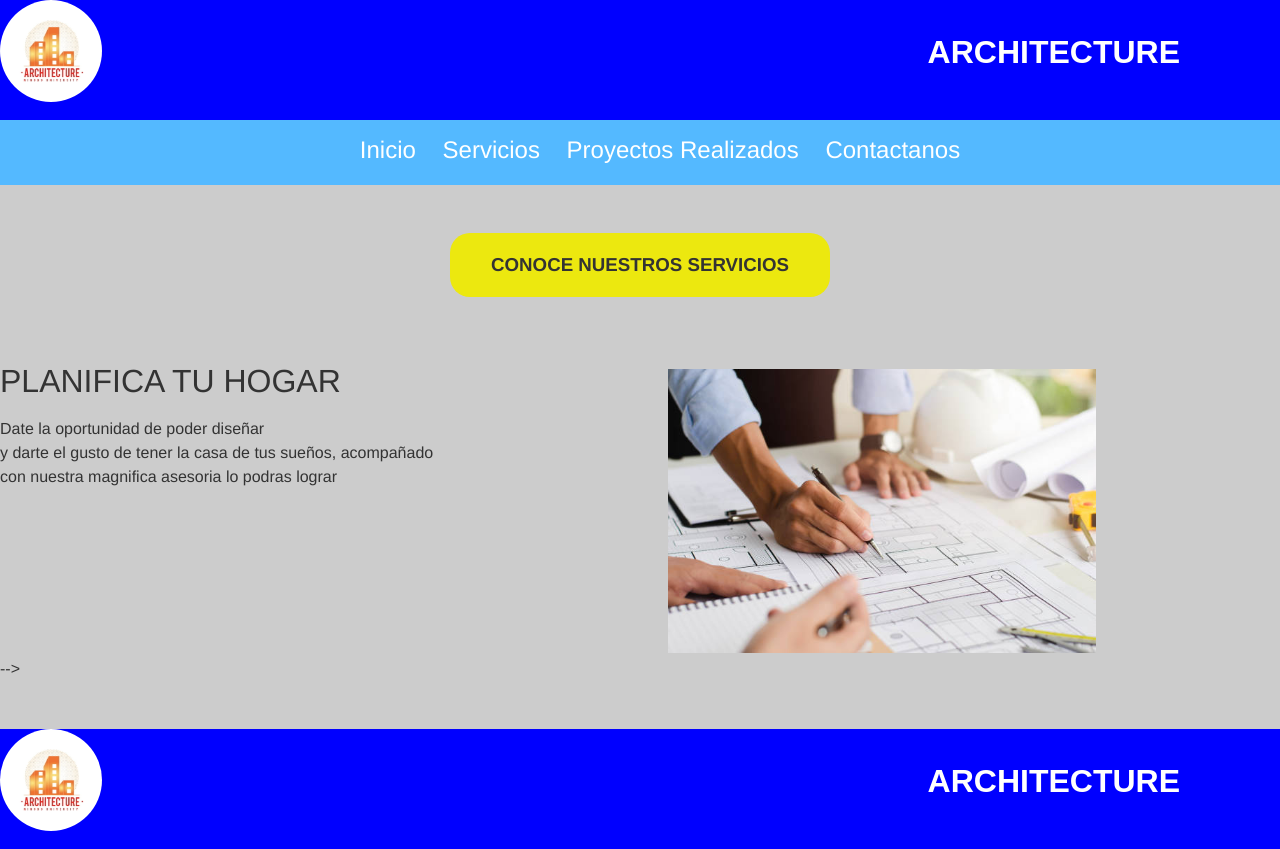
Repository: gabrielestrella18/htdocs
Page: http://localhost/arquitectos/servicios.php
An editor plug-in stored every save of this project. The page is shown before and after the next save, followed by the edit.
The browser window is 1280 px wide. The pictures show the whole page.
The page is run by PHP 8.4 with error messages shown; the project is at /var/www/html/.

Above is the page before, as saved 2023-12-07 17:14:21.

### arquitectos/servicios.php
<!DOCTYPE html>
<html lang="en">
  <head>
    <title></title>
    <meta charset="UTF-8">
    <meta name="viewport" content="width=device-width, initial-scale=1">
    <link href="estilo.css" rel="stylesheet">
  </head>
  <body>

<div class="azul">
  <img  class="lg"src="imagenes/arch.jpg" alt="">

  <h1>ARCHITECTURE</h1>
</div>

<div class="menu">
<div class="menuOpciones">
            <a href="index.php" target="_blank">Inicio</a>
            <a href="#" target="_blank">Servicios</a>
            <a href="#" target="_blank">Proyectos Realizados</a>
            <a href="#" target="_blank">Contactanos</a>
            </div>
            </div>
            <br><br>

<div class="ser">
<h3 class="serv">CONOCE NUESTROS SERVICIOS</h3>
</div>
<br> <br> <br>


<div class="hogar">

<div class="plani">
  <div class="caja1">
<p class="pl">PLANIFICA TU HOGAR</p>
<br>
<span class="text"> Date la oportunidad de poder diseñar <br> y darte el gusto de tener la casa de tus sueños, acompañado <br>
con nuestra magnifica asesoria lo podras lograr</span></div>
<div class="caja2">
<img class="plan" src="imagenes/planif.jpg" alt="">
</div>
</div>

<br><br><br><br><br><br></br><br><br></br><br><br>
<!-- <div class="const">
<p class="cons">CONSTRUYE TU HOGAR</p>
<span>Con nosotros a cargo de la contruccion de tu hogar haremos tu sueño realidad y disfrutarás muy pronto de tu magnifico hogar</span>
<img  class="co" src="imagenes/constru.jpg" alt="">
</div>

<div class="remod">
<p class="rem">REMODELA TU HOGAR</p>
<span>Cambia el diseño de tu hogar hoy mismo y nosotros haremos la maravilla de que sea el mejor hogar que haz podido tener</span>
<img class="re" src="imagenes/remodel.jpg" alt="">
</div>
 --> -->

</div>

<br><br>

<div class="azul">
  <img  class="lg"src="imagenes/arch.jpg" alt="">

  <h1>ARCHITECTURE</h1>
</div>


  </body>
</html>

### arquitectos/estilo.css
* {
    box-sizing: border-box;
    margin: 0;
    padding: 0;
}

body {
    font-family: helvetica;
    font-size: 16px;
    line-height: 24px;
    color: #333;
    background-color: #cccccc;
    max-width: 1400px;
}

.azul {
    background-color: blue;
    padding-bottom: 120px;
}

.lg {
    float: left;
    width: 8%;
    height: 8%;
    border-radius: 80px;
}

h1 {
    color: white;
    float: right;
    font-family: sans-serif;
    text-align: end;
    padding-top: 40px;
    padding-right: 100px;
}

.menu {
    border: 1px #54b9ff solid;
    background-color: #54b9ff;
    height: 65px;
}

.menuOpciones {
    padding-top: 12px;
    text-align: center;
    margin-top: 5px;
    padding-left: 40px;
    font-size: x-large;
}

.menuOpciones a {
    text-decoration: none;
    color: white;
    padding: 10px;
}

.menuOpciones a:hover {
    color: #9c2222;
}

.contenedor_fondo {
    width: 1350px;
    height: 600px;
    margin: auto;
    background-image: url(imagenes/fondoarq.jpg);
    background-repeat: no-repeat;
    background-size: cover;
}

.textofoto {
    /* width: 600px; */
    color: rgb(7, 2, 2);
    margin: auto;
    text-align: center;
    line-height: 35px;
    padding-top: 200px;
}

.botoncito {
    text-align: center;
}

.boton1 {
    color: #ece80f;
    background-color: #ce1111;
    padding-top: 20px;
    padding-bottom: 20px;
    padding-left: 10px;
    padding-right: 10px;
    border-radius: 20px;
}

h3 {
    text-align: center;
}

.serv {
    background-color: #ece80f;
    padding-top: 20px;
    padding-bottom: 20px;
    padding-left: 10px;
    padding-right: 10px;
    border-radius: 20px;
}

.ser {
    padding-left: 450px;
    padding-right: 450px;
}

p {
    font-weight: 400px;
    font-size: xx-large;
}


/* .hogar {
    display: inline-block;
} */


/* .plani {
    display: inline-block;
}

.pl {
    display: inline-block;
}

.cons {
    display: inline-block;
}

.co {
    display: inline-block;
}

.remod {
    display: inline-block;
}

.re {
    display: inline-block;
} */

span {
    text-align: center;
}

.text {
    text-align: center;
}

.caja1 {
    float: left;
}

.caja2 {
    float: right
}

.plan {
    width: 70%;
    height: 70%;
}

After the next save:
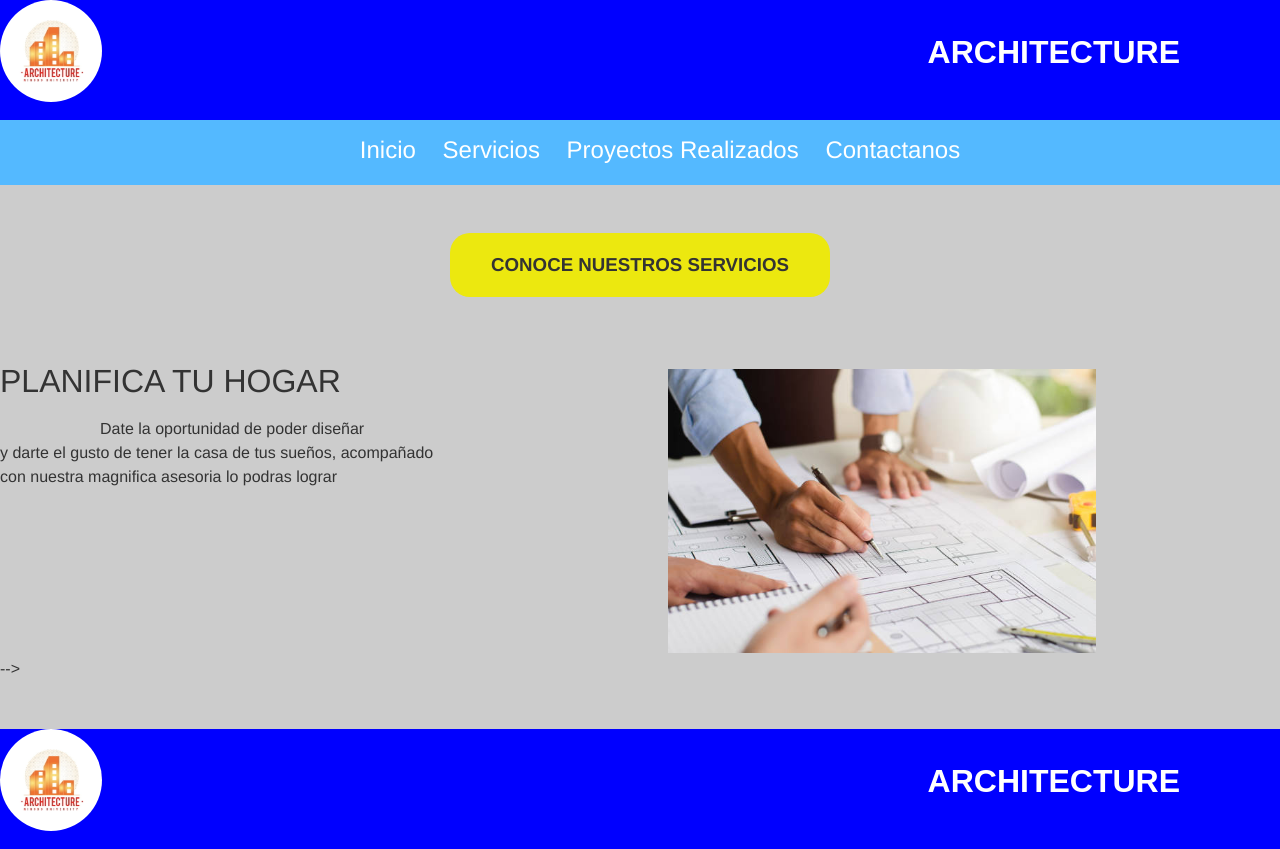
Saved 29 s later.
--- a/arquitectos/estilo.css
+++ b/arquitectos/estilo.css
@@ -149,6 +149,7 @@ span {
 
 .text {
     text-align: center;
+    padding-left: 100px;
 }
 
 .caja1 {
